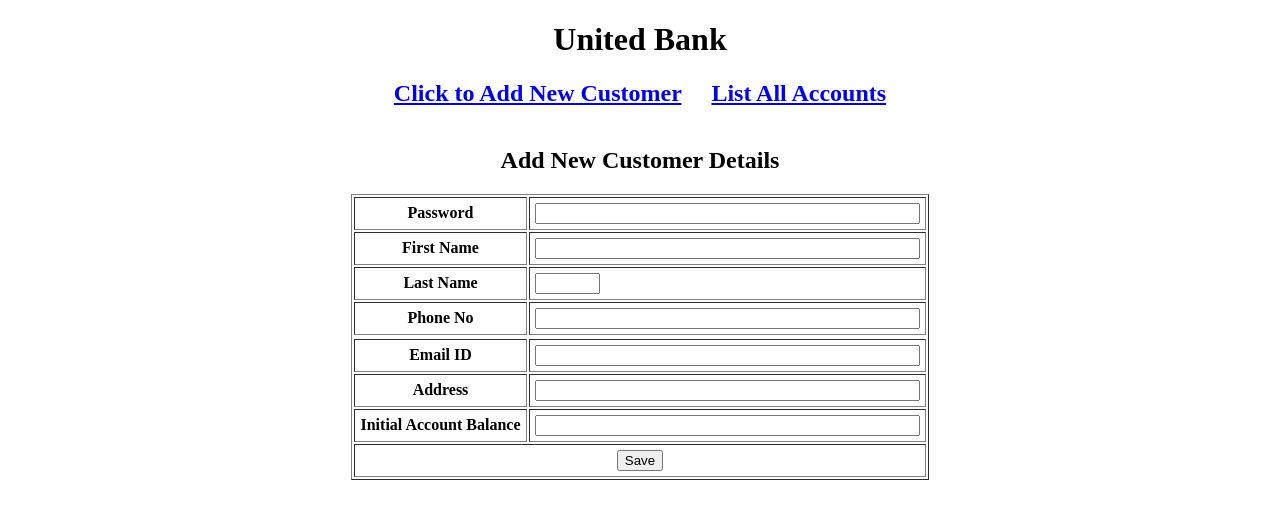
Repository: ameena017/bank-app
Page: http://localhost/banking-app/form.jsp
An editor plug-in stored every save of this project. The page is shown before and after the next save, followed by the edit.
The browser window is 1280 px wide. The pictures show the whole page.
The page is served by Tomcat 9. Nobody is signed in. The application's start-up code is not run. The template is opened directly, without the code that normally fills it, so the values that code supplies are empty.

Above is the page before, as saved 2017-09-18 04:43:29.

After the next save:
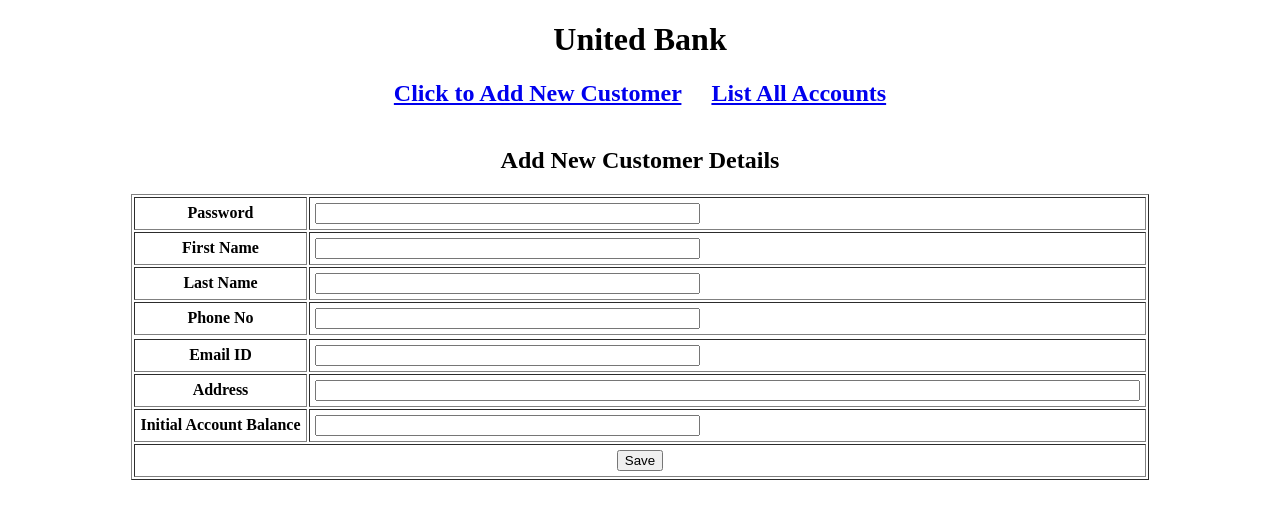
Saved 25 s later.
--- a/banking-app/WebContent/form.jsp
+++ b/banking-app/WebContent/form.jsp
@@ -58,7 +58,7 @@
             <tr>
                 <th>Last Name </th>
                 <td>
-                    <input type="text" name="lnmae" size="5"
+                    <input type="text" name="lnmae" size="45"
                             value="<c:out value='${bank.lname}' />"
                     />
                 </td>
@@ -86,7 +86,7 @@
             <tr>
                 <th>Address </th>
                 <td>
-                    <input type="text" name="address" size="45"
+                    <input type="text" name="address" size="100"
                             value="<c:out value='${bank.address}' />"
                     />
                 </td>
